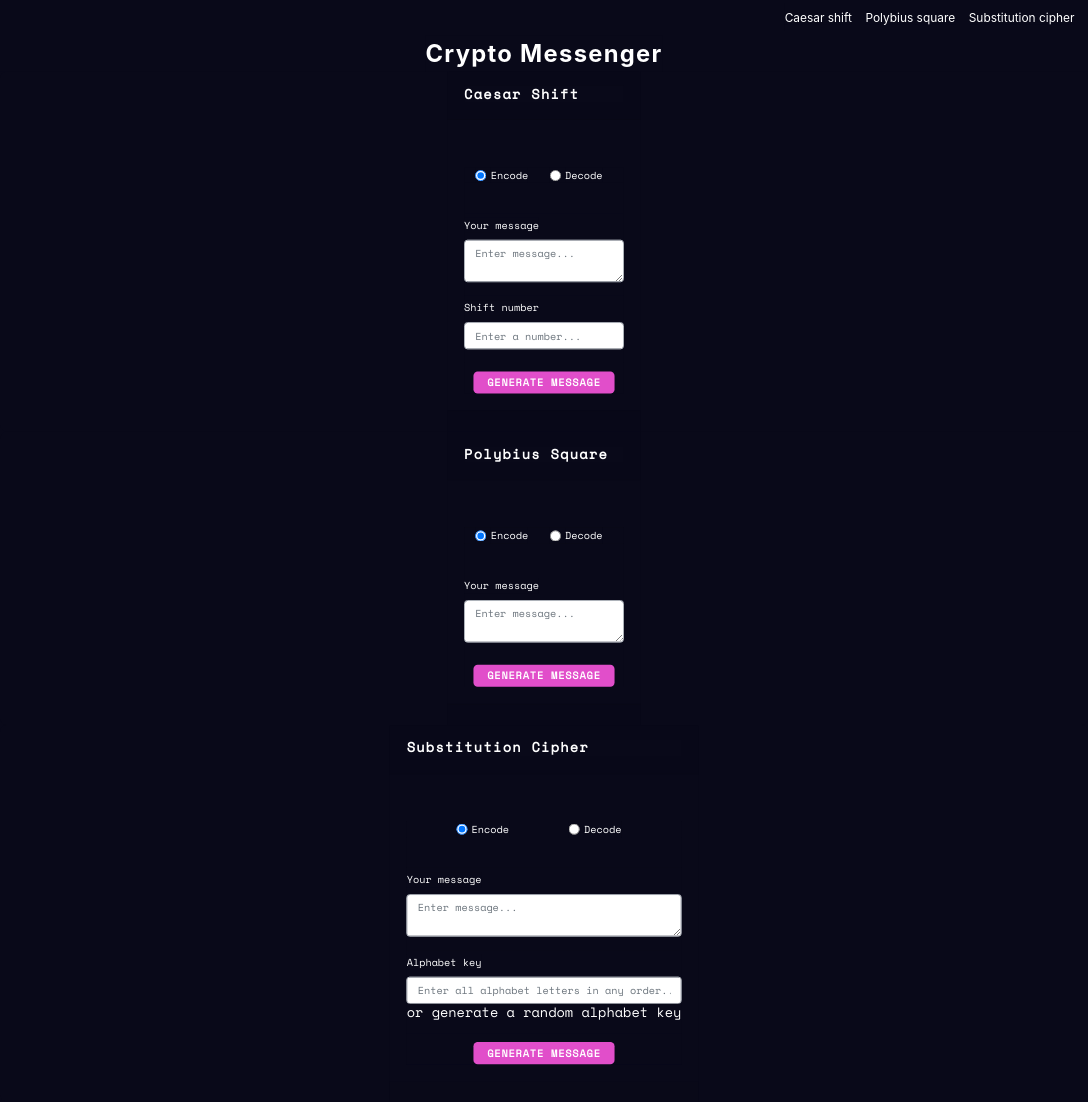
Repository: Rthompson2548/Project-Decoder-Ring
Page: index.html
These files come from the project's save history. The page is drawn as it stood at one moment and after the next save; the edit follows.
The browser window is 1280 px wide. The pictures show the whole page, at 85% of full size.

Above is the page before, as saved 2022-04-09 20:10:15.

After the next save:
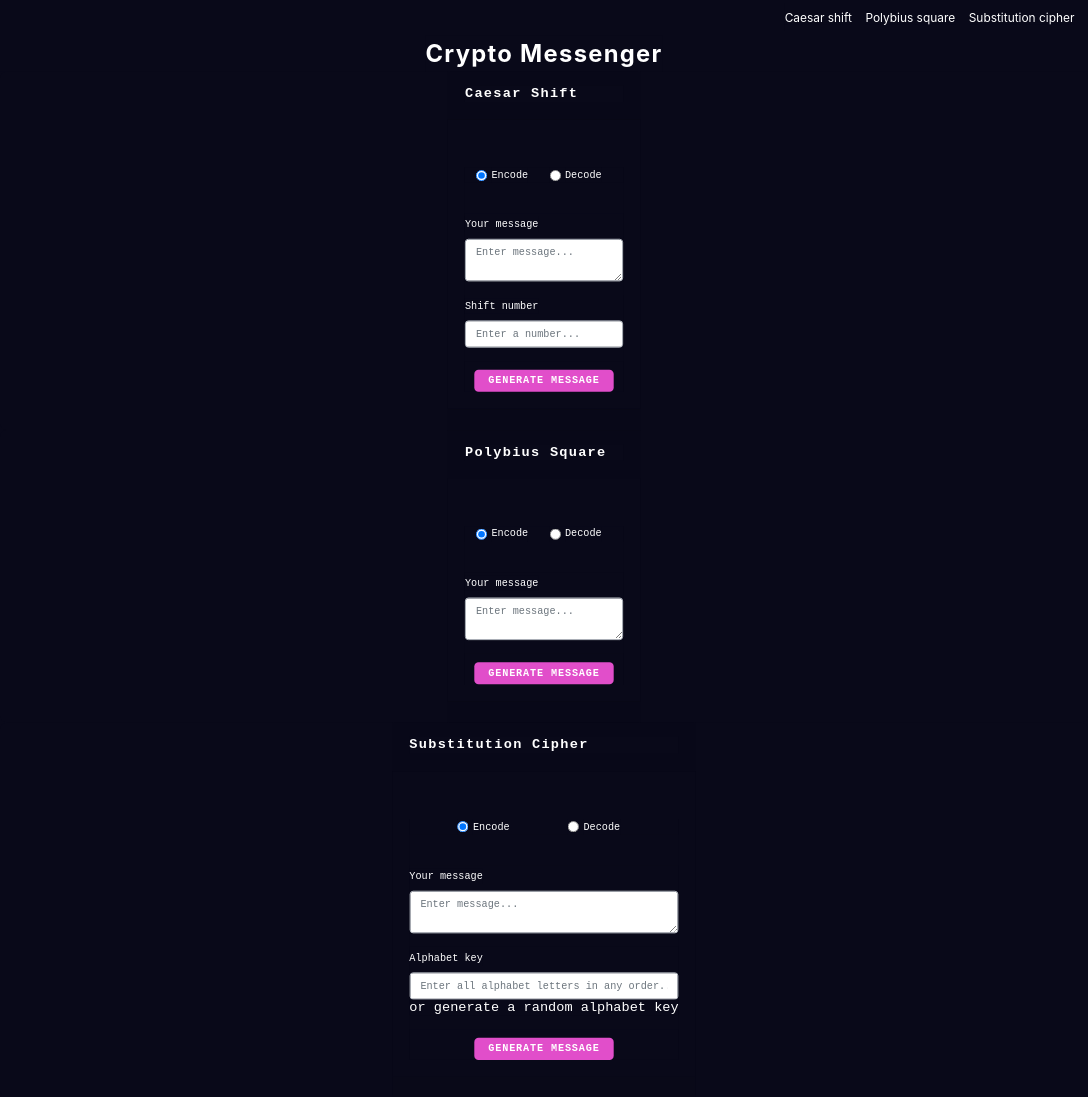
Saved 11 s later.
--- a/index.html
+++ b/index.html
@@ -11,7 +11,8 @@
     integrity="sha384-JcKb8q3iqJ61gNV9KGb8thSsNjpSL0n8PARn9HuZOnIxN0hoP+VmmDGMN5t9UJ0Z" crossorigin="anonymous" />
 <link rel="preconnect" href="https://fonts.googleapis.com">
 <link rel="preconnect" href="https://fonts.gstatic.com" crossorigin>
-<link href="https://fonts.googleapis.com/css2?family=Space+Mono&display=swap" rel="stylesheet">
+<link href="https://fonts.googleapis.com/css2?family=Archivo&family=Montserrat&family=Work+Sans&display=swap"
+  rel="stylesheet">
   <title>Crypto-Messenger</title>
 </head>
 
@@ -51,45 +52,27 @@
               Julius Caesar to protect messages of military significance. It relies on taking the alphabet and
               "shifting" letters to the right or left, based on the typical alphabetic order. </p> -->
             <form id="caesar">
-
-              <!-- encode/decode radio option buttons -->
+<!-- encode/decode radio option buttons -->
               <div class="encode-decode-options">
                 <!-- encode option radio button -->
                 <div class="form-check form-check-inline">
+                  <input class="form-check-input" type="radio" name="caesar-options" id="caesar-options-encode" value="encode" checked />
 
-                  <input
-                  class="form-check-input"
-                  type="radio"
-                  name="caesar-options" id="caesar-options-encode"
-                  value="encode"
-                  checked
-                  />
-
-                  <label
-                    class="form-check-label" for="caesar-options-encode">
-                      Encode
+                  <label class="form-check-label" for="caesar-options-encode">
+                    Encode
                   </label>
 
                 </div>
+<!-- decode option radio button -->
+                <div class="form-check form-check-inline">
+                  <input class="form-check-input" type="radio" name="caesar-options" id="caesar-options-decode" value="decode" />
 
-                <!-- decode option radio button -->
-                <div class="form-check form-check-inline">
-
-                  <input
-                    class="form-check-input"
-                    type="radio"
-                    name="caesar-options" id="caesar-options-decode"
-                    value="decode" />
-
-                  <label
-                    class="form-check-label"
-                    for="caesar-options-decode">
-                      Decode
+                  <label class="form-check-label" for="caesar-options-decode">
+                    Decode
                   </label>
 
                 </div>
               </div>
-
 
               <div class="form-group">
                 <label for="caesar-input">Your message</label>
@@ -174,8 +157,7 @@
                   <label for="substitution-alphabet">Alphabet key</label>
                   <input type="text" class="form-control" id="substitution-alphabet" maxlength="26"
                     placeholder="Enter all alphabet letters in any order...." />
-
-                    <h6>or generate a random alphabet key</h6>
+<h6>or generate a random alphabet key</h6>
                 </div>
               <div class="submit-button-container">
                 <button class="submit-button" type="submit">GENERATE MESSAGE</button>
